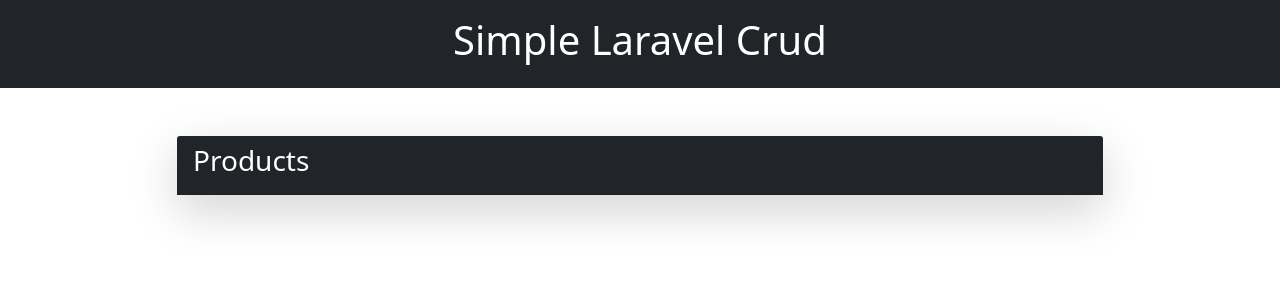
Repository: Muskan1Kumari4draw/Crud-in-Laravel
Page: http://localhost/products
These files come from the project's save history. The page is drawn as it stood at one moment and after the next save; the edit follows.
The browser window is 1280 px wide. The pictures show the whole page.
The page is served by the project's Laravel application, run on PHP 8.4 with Laravel 12.

Above is the page before, as saved 2024-09-14 11:30:07.

After the next save:
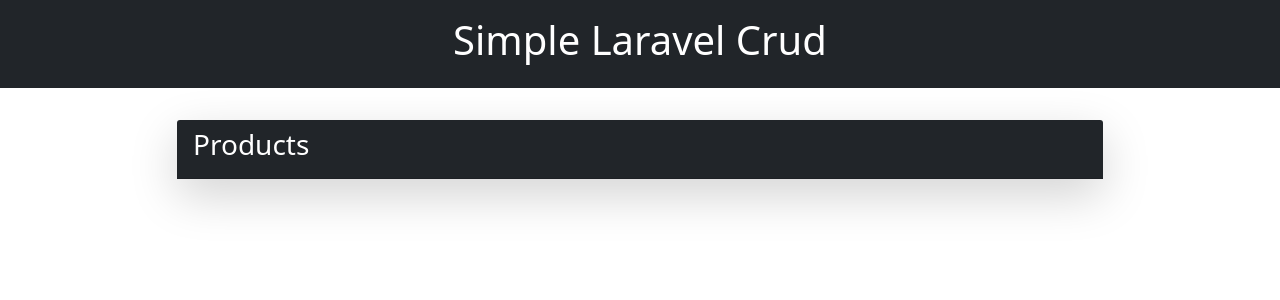
Saved 92 s later.
--- a/resources/views/products/list.blade.php
+++ b/resources/views/products/list.blade.php
@@ -13,7 +13,7 @@
 
     <div class="container">
       <div class="row d-flex justify-content-center">
-        <div class="col-md-10 mt-4 mb-0">
+        <div class="col-md-10 mt-2 mb-0">
             @if(Session::has('success'))
             <div class="alert alert-success">
                 {{ Session::get('success') }}
